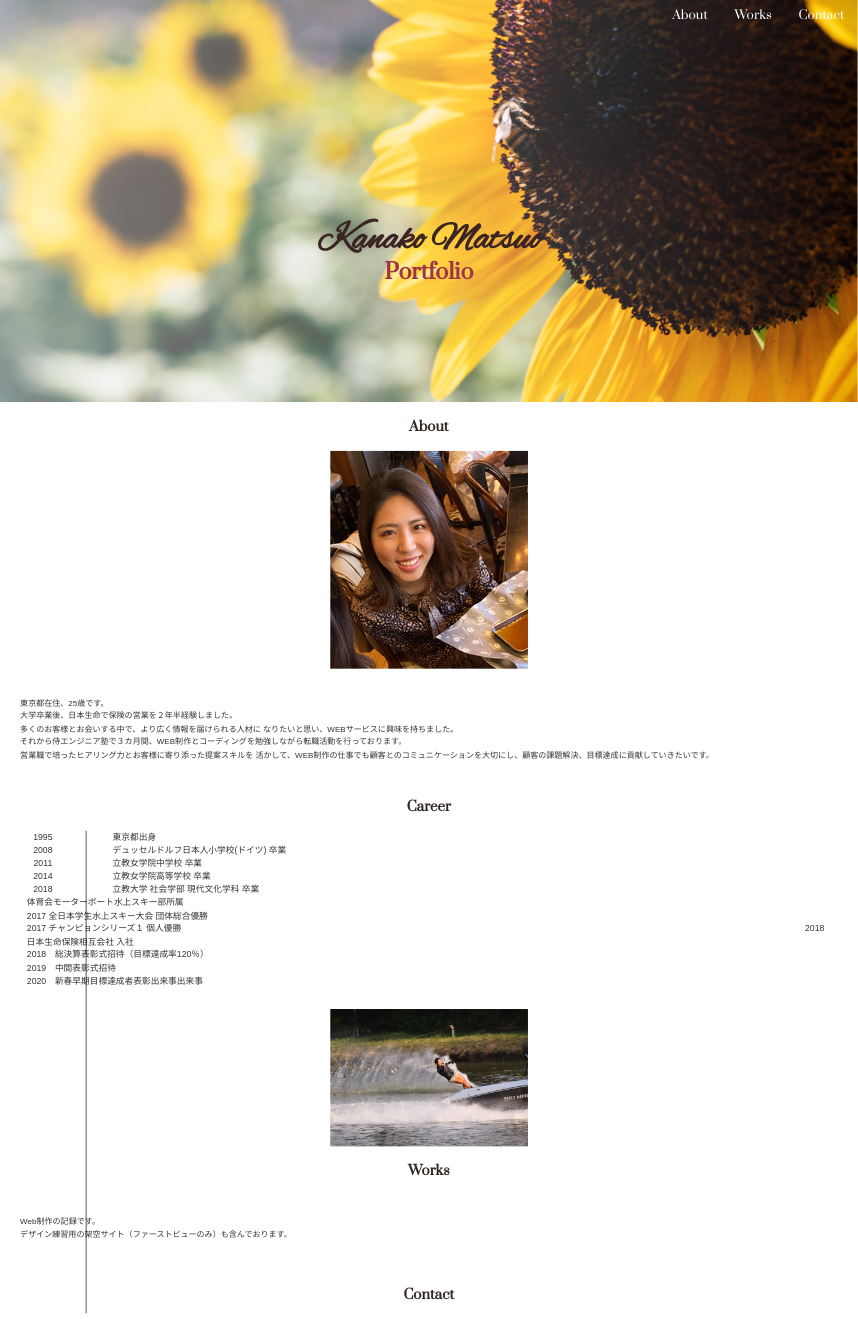
Repository: KanakoMatsuo/Portfolio
Page: index.html
The author's editor kept a record of every edit. The page is drawn from the files as they stood at one moment, then again after the next edit.
The browser window is 1280 px wide. The pictures show the whole page, at 67% of full size.

Above is the page before.

### index.html
<!DOCTYPE html>
<html lang="ja">
    <head>
        <meta charset="UTF-8">
        <title>Kanako Matsuo ポートフォリオ</title>
        <link href="https://fonts.googleapis.com/css2?family=Alex+Brush&family=Prata&display=swap" rel="stylesheet">
        <link rel="stylesheet" href="Portfolio.css">
    </head>
    <body>
        <header>
            <nav>
                <ul>
                    <li>About</li>
                    <li>Works</li>
                    <li>Contact</li>
                </ul>
            </nav>
            <h1>
                <span class="A">Kanako Matsuo</span><br>
                <span class="B">Portfolio</span>
            </h1>
        </header>
        <section class="About">
            <h2>
                About
            </h2>
            <img class="myphoto" src="./images/image0.jpg">
            <p>
                東京都在住、25歳です。<br>大学卒業後、日本生命で保険の営業を２年半経験しました。<br>
                多くのお客様とお会いする中で、より広く情報を届けられる人材に
                なりたいと思い、WEBサービスに興味を持ちました。<br>
                それから侍エンジニア塾で３カ月間、WEB制作とコーディングを勉強しながら転職活動を行っております。<br>
                営業職で培ったヒアリング力とお客様に寄り添った提案スキルを
                活かして、WEB制作の仕事でも顧客とのコミュニケーションを大切にし、顧客の課題解決、目標達成に貢献していきたいです。
            </p>
        </section>
        <section class="Career">
            <h2>
                Career
            </h2>
            <dt></dt>
            <dl class="history">
                <dt>1995</dt> <dd>東京都出身</dd>
                <dt>2008</dt> <dd>デュッセルドルフ日本人小学校(ドイツ) 卒業</dd>
                <dt>2011</dt> <dd>立教女学院中学校 卒業</dd>
                <dt>2014</dt> <dd>立教女学院高等学校 卒業</dd>
                <dt>2018</dt> <dd>立教大学 社会学部 現代文化学科 卒業</dd>
                              <dd>体育会モーターボート水上スキー部所属</dd>
                              <dd>2017 全日本学生水上スキー大会 団体総合優勝</dd>
                              <dd>2017 チャンピョンシリーズ１ 個人優勝</dd>
                <dt>2018</dt> <dd>日本生命保険相互会社 入社</dd>
                              <dd>2018　総決算表彰式招待（目標達成率120％）</dd>
　　　　　　　　　            <dd>2019　中間表彰式招待</dd>
　　　　　　　　　            <dd>2020　新春早期目標達成者表彰出来事出来事</dd>
　　　　　　</dl>
　　　　　　<img class="waterski" src="./images/waterski.JPG">
        </section>
        <section class="Works">
            <h2>
                Works
            </h2>
            <p>Web制作の記録です。<br>
               デザイン練習用の架空サイト（ファーストビューのみ）も含んでおります。
            </p>
            <ul>
                <li></li>
                <li></li>
                <li></li>
            </ul>
        </section>
        <section class="Works">
            <h2>
                Contact
            </h2>
        </section>
    </body>
</html>

### Portfolio.css
@charset "utf-8";

body {
	margin: 0;
	padding: 0;
	font-family: "ヒラギノ角ゴ Pro W3", "Hiragino Kaku Gothic Pro", "メイリオ", Meiryo, Osaka, "ＭＳ Ｐゴシック", "MS PGothic", sans-serif;
	color: #333;
	font-size: 13px;
	line-height: 150%;
}

header {
  background:
   linear-gradient(90deg, rgba(255,255,255,0.5), rgba(255,255,255, 0.01)) center/cover no-repeat,
   url("./images/richard-rivas-hyWiznXNF1A-unsplash.jpg") center/cover no-repeat;
  height: 600px;
  overflow: hidden;
}

ul {
  display: flex;
  justify-content: flex-end;
}

li {
  color: #ffffff;
  font-size: 18px;
  list-style: none;
  /*font-family: 'Alex Brush', cursive;*/
  font-family: 'Prata', serif;
  margin-right: 40px;
}

li:last-child {
  margin-right: 20px;
}

header h1 {
  text-align: center;
  position: absolute;
  top: 50%;
  width: 100%;
  left: 50%;
  transform: translate(-50%, -50%);
}

.A {
  line-height: 60px;
  color:#3b2424;
  font-size:56px;
  font-family:'Alex Brush';
  justify-content:center;
}

.B {
  line-height: 36px;
  color:#9d3448;
  font-size:32px;
  font-family:'Prata', serif;
}

h2 {
  color: #312622;
  font-size:20px;
  font-family: 'Prata', serif;
  text-align:center;
  padding-top:10px;
  padding-bottom:10px;
}

p {
  font-size:12px;
  padding:30px;
}

.myphoto {
 width:295px;
 height:325px;
 display:block;
 margin:auto;
}

.About .Career{
  /*background:url("./images/background.jpg") center/cover no-repeat;*/
  background:
    linear-gradient(45deg, rgba(255,255,255,1), rgba(255,255,255, 0.3)) center/cover no-repeat,
    url("./images/background.jpg") center/cover no-repeat;
  height: 600px;
  overflow: hidden;
}

.Career {
  background:;

}
.history {
  display: flex;
  flex-wrap: wrap;
}

.history dt {
  width: 10%;
  text-align: center;
}

.history dd {
  width: calc(90% - 40px);
  text-align: left;
  margin : 0;
  margin-left: 40px;
}

.history dd.indent1 {
  width: calc(90% - 60px);
  margin-left: 60px;
}


.history:before {
height: 100%;
left: 10%;
position: absolute;
display: block;
content: "";
border-left: 1px solid black;
}

.waterski {
 width:295px;
 height:205px;
 display:block;
 margin:auto;
}


section.about .career .history dt { width: 30%;
min-height: 24px;
}
section.about .career .history dd { margin: 0;
margin: 0;
 width: 70%; 14 }
 {source.txt}


/* -------------------- wrapper -------------------- */
#wrapper {
    width: 100%;
    margin: auto;
    padding: 0px;
    border: 0px;
    background-color: #FFF;
    top: 10px;
}

After the next edit:
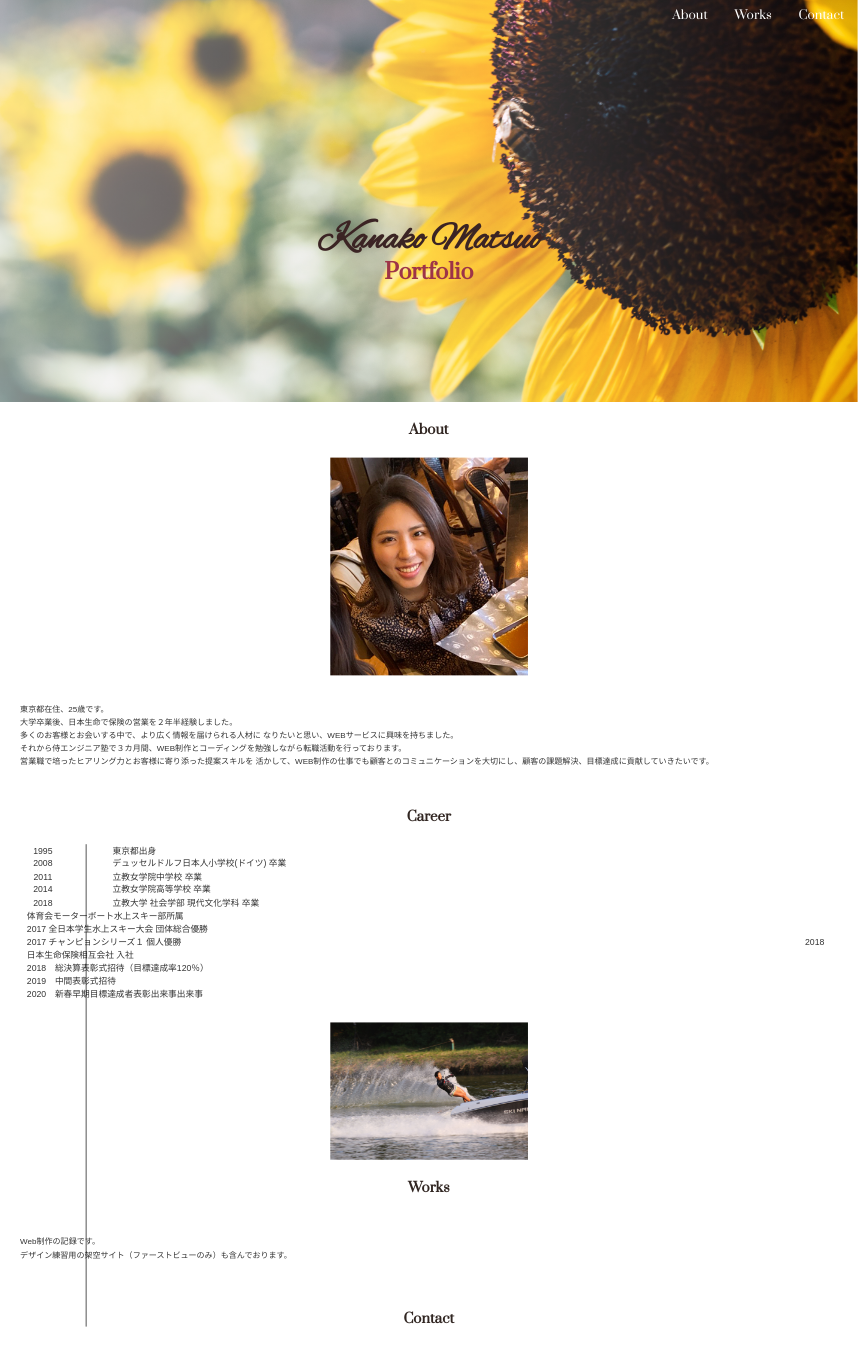
The edit:
--- a/Portfolio.css
+++ b/Portfolio.css
@@ -64,8 +64,8 @@
   font-size:20px;
   font-family: 'Prata', serif;
   text-align:center;
-  padding-top:10px;
-  padding-bottom:10px;
+  padding-top:15px;
+  padding-bottom:15px;
 }
 
 p {
